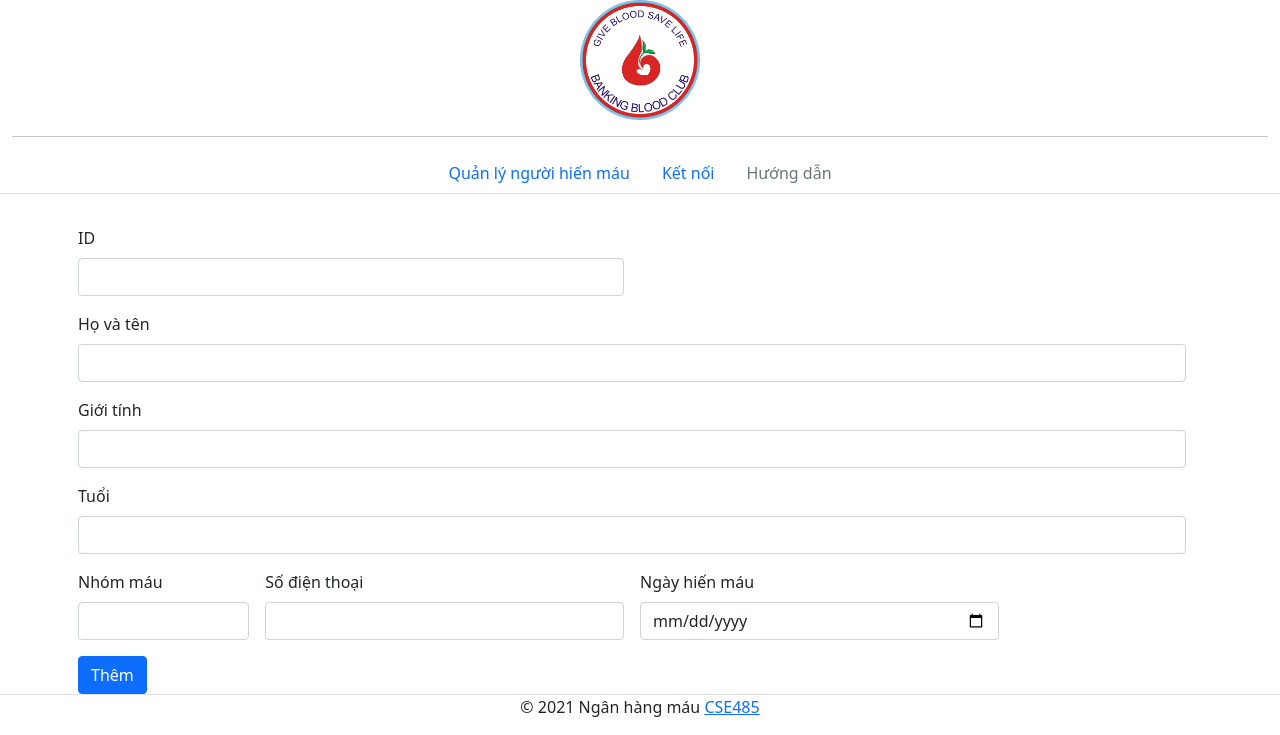
Repository: lengso01/CSE485_K61_KTGK_1951060981
Page: http://localhost/add-ds.php
These files come from the project's save history. The page is drawn as it stood at one moment and after the next save; the edit follows.
The browser window is 1280 px wide. The pictures show the whole page.
Some web libraries are served in a nearby version. The page is run by PHP 8.4 with error messages shown; the project is at /var/www/html/.

Above is the page before, as saved 2021-10-21 11:38:40.

### src/add-ds.php
<?php
include('config/db.php');
include('header.php');
?>
<style>

</style>
<main>
<div class="container">
    <div class="row">
            <form class="row g-3">
            <div class="col-md-6">
                <label for="inputID" class="form-label">ID</label>
                <input type="number" class="form-control" id="inputID" name="id">
            </div>
            <div class="col-md-12">
                <label for="inputName" class="form-label">Họ và tên</label>
                <input type="text" class="form-control" id="inputName" name="name">
            </div>
            <div class="col-12">
                <label for="inputSex" class="form-label">Giới tính</label>
                <input type="text" class="form-control" id="inputSex" name="sex" >
            </div>
            <div class="col-12">
                <label for="inputAge" class="form-label">Tuổi</label>
                <input type="number" class="form-control" id="inputAge" name="age">
            </div>
            <div class="col-md-2">
                <label for="inputMau" class="form-label">Nhóm máu</label>
                <input type="text" class="form-control" id="inputMau" name="mau">
            </div>
            <div class="col-md-4">
                <label for="inputStd" class="form-label">Số điện thoại</label>
                <input type="text" class="form-control" id="inputStd" name="std">
            </div>
            <div class="col-md-4">
                <label for="inputNgay" class="form-label">Ngày hiến máu</label>
                <input type="date" class="form-control" id="inputNgay" name="ngay">
            </div>
            <div class="col-12">
                <button name="add" type="submit" class="btn btn-primary">Thêm</button>
            </div>
            </form>
        </div>
    </div>
</main>
<?php
    include('footer.php');
?>

### src/config/db.php
<?php
  $servername = "localhost";
  $username = "root";
  $password = "";

  // Create connection
  $conn = mysqli_connect($servername, $username, $password, 'project');
?>

### src/header.php
<!doctype html>
<html lang-en>
    <head>
        <!-- Meta tags -->
        <meta charset="utf-8">
        <meta name="viewport" content="width=device-width, initial-scale=1.0">
        <!-- Bootstrap CSS -->
        <link href="https://cdn.jsdelivr.net/npm/bootstrap@5.0.2/dist/css/bootstrap.min.css" rel="stylesheet" integrity="sha384-EVSTQN3/azprG1Anm3QDgpJLIm9Nao0Yz1ztcQTwFspd3yD65VohhpuuCOmLASjC" crossorigin="anonymous">
        <link rel="stylesheet" href="https://cdn.jsdelivr.net/npm/bootstrap-icons@1.6.0/font/bootstrap-icons.css" integrity="sha384-7ynz3n3tAGNUYFZD3cWe5PDcE36xj85vyFkawcF6tIwxvIecqKvfwLiaFdizhPpN" crossorigin="anonymous">
        <title>Quản lý ngân hàng máu</title>
    </head>
    <body>
        <header>
            <div class="container-fluid border-bottom border-1 boder-dark">
                <div class="row">
                    <div class="col-md-12 text-center">
                        <img src="image/Logo_nghm.jpg" alt="" class="col-md-6" style="width:120px " >
                        <hr>
                        <div class="col-md-12">
                            <ul class="nav justify-content-center">
                                <li class="nav-item">
                                    <a class="nav-link" href="danhsach.php" >Quản lý người hiến máu</a>
                                </li>
                                <li class="nav-item">
                                    <a class="nav-link" href="#" >Kết nối</a>
                                </li>
                                <li class="nav-item">
                                    <a class="nav-link disabled" href="#" >Hướng dẫn</a>
                                </li>
                            </ul>
                        </div>
                    </div>
                </div>
            </div>
        </header>

### src/footer.php

<footer>
    <div class="container-fluid border-top border-1 boder-dark flex-end">
        <div class="container">
            <div class="row">
                <div class="col-md-12">
                    <p class="text-center">© 2021 Ngân hàng máu <a href="#">CSE485</a></p>
                </div>
            </div>
        </div>
    </div>
</footer>
        <script src="https://cdn.jsdelivr.net/npm/@popperjs/core@2.10.2/dist/umd/popper.min.js" integrity="sha384-7+zCNj/IqJ95wo16oMtfsKbZ9ccEh31eOz1HGyDuCQ6wgnyJNSYdrPa03rtR1zdB" crossorigin="anonymous"></script>
        <script src="https://cdn.jsdelivr.net/npm/bootstrap@5.1.1/dist/js/bootstrap.bundle.min.js" integrity="sha384-/bQdsTh/da6pkI1MST/rWKFNjaCP5gBSY4sEBT38Q/9RBh9AH40zEOg7Hlq2THRZ" crossorigin="anonymous"></script>
    </body>
</html>

After the next save:
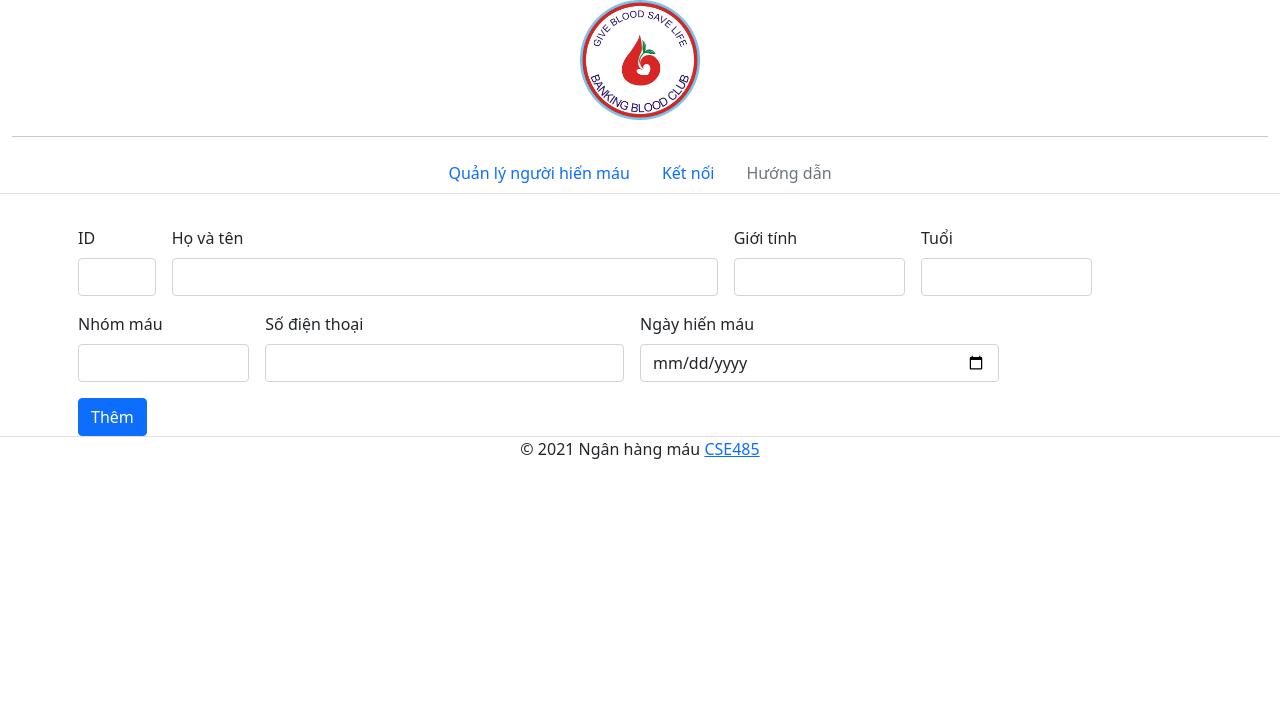
Saved 49 s later.
--- a/src/add-ds.php
+++ b/src/add-ds.php
@@ -9,19 +9,19 @@
 <div class="container">
     <div class="row">
             <form class="row g-3">
-            <div class="col-md-6">
+            <div class="col-md-1">
                 <label for="inputID" class="form-label">ID</label>
                 <input type="number" class="form-control" id="inputID" name="id">
             </div>
-            <div class="col-md-12">
+            <div class="col-md-6">
                 <label for="inputName" class="form-label">Họ và tên</label>
                 <input type="text" class="form-control" id="inputName" name="name">
             </div>
-            <div class="col-12">
+            <div class="col-2">
                 <label for="inputSex" class="form-label">Giới tính</label>
                 <input type="text" class="form-control" id="inputSex" name="sex" >
             </div>
-            <div class="col-12">
+            <div class="col-2">
                 <label for="inputAge" class="form-label">Tuổi</label>
                 <input type="number" class="form-control" id="inputAge" name="age">
             </div>
